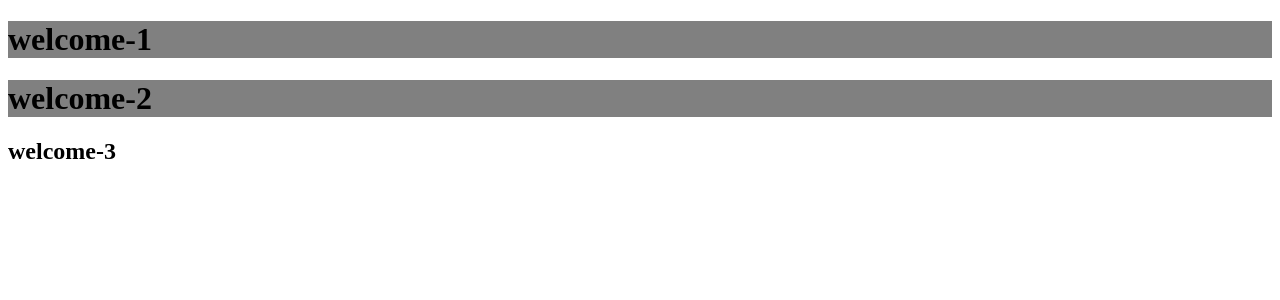
Repository: Karthi-Mano/AdvanceJavaPrograms
Page: http://localhost/BasicHtmlCss/
An editor plug-in stored every save of this project. The page is shown before and after the next save, followed by the edit.
The browser window is 1280 px wide. The pictures show the whole page.
The page is served by Tomcat 9.

Above is the page before, as saved 2018-09-11 06:18:55.

### BasicHtmlCss/WebContent/index.html
<!DOCTYPE html>
<html>
<head>
<meta charset="ISO-8859-1">
<title>Insert title here</title>
<!-- <style type="text/css">
h1
{
  background-color: gray;
}
h2
{
  font-family: cursive;
  font-size: x-small;
}
</style> -->
<link rel="stylesheet" href="mystyle.css" type="text/css">
</head>
<body>
<h1>welcome-1</h1>
<h1>welcome-2</h1>
<h2>welcome-3</h2>
</body>
</html>

### BasicHtmlCss/WebContent/mystyle.css


h1
{
	background-color: gray;
}

After the next save:
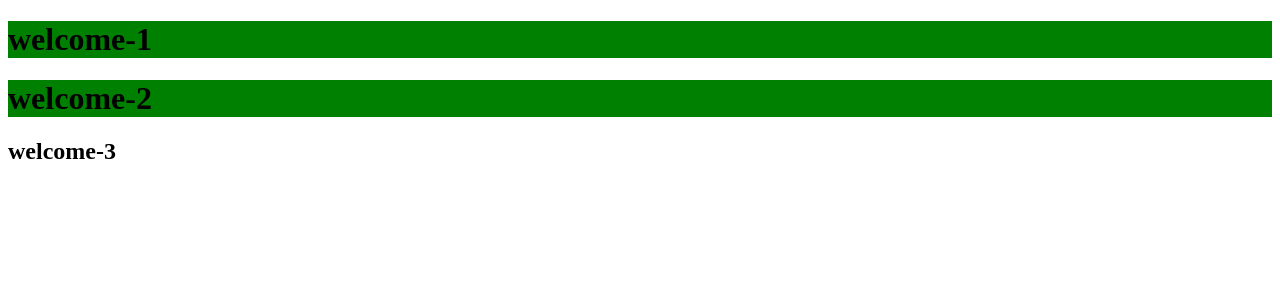
Saved 17 s later.
--- a/BasicHtmlCss/WebContent/mystyle.css
+++ b/BasicHtmlCss/WebContent/mystyle.css
@@ -2,5 +2,5 @@
 
 h1
 {
-	background-color: gray;
+	background-color: green;
 }
